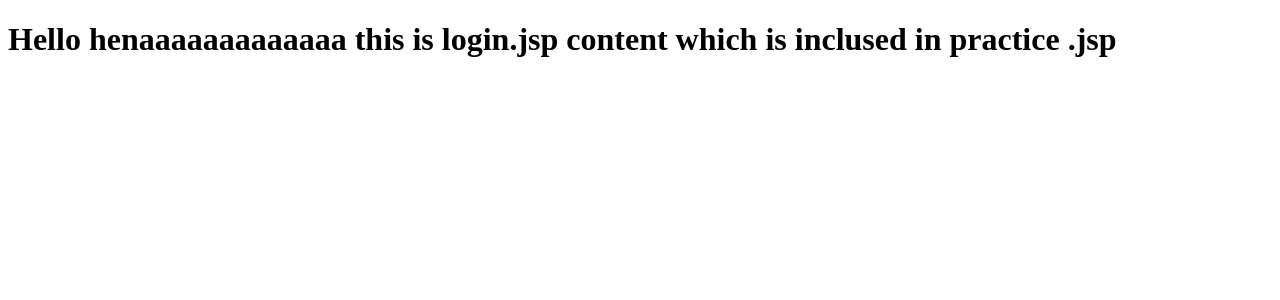
Repository: heenasalim/Java_Script
Page: http://localhost/JsphDemo/Login.jsp
These files come from the project's save history. The page is drawn as it stood at one moment and after the next save; the edit follows.
The browser window is 1280 px wide. The pictures show the whole page.
The page is served by Tomcat 9. Other server files are loaded and not shown.

Above is the page before, as saved 2015-10-15 16:19:48.

### JsphDemo/WebContent/Login.jsp
<%@ page language="java" contentType="text/html; charset=ISO-8859-1"
    pageEncoding="ISO-8859-1"%>
<!DOCTYPE html PUBLIC "-//W3C//DTD HTML 4.01 Transitional//EN" "http://www.w3.org/TR/html4/loose.dtd">
<html>
<head>
<meta http-equiv="Content-Type" content="text/html; charset=ISO-8859-1">
<title>heena  salim   shaikh</title>
</head>
<body>
<h1>Hello   henaaaaaaaaaaaaa    this  is  login.jsp  content  which  is  inclused  in  practice .jsp</h1>

</body>
</html>

After the next save:
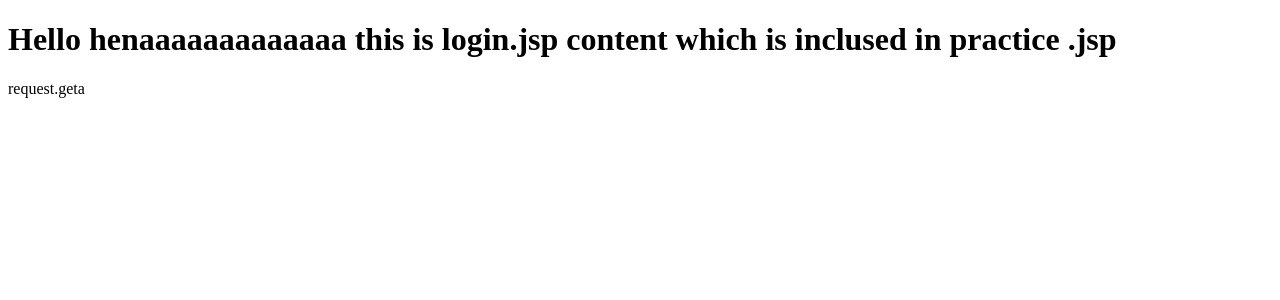
Saved 75 min 9 s later.
--- a/JsphDemo/WebContent/Login.jsp
+++ b/JsphDemo/WebContent/Login.jsp
@@ -8,6 +8,7 @@
 </head>
 <body>
 <h1>Hello   henaaaaaaaaaaaaa    this  is  login.jsp  content  which  is  inclused  in  practice .jsp</h1>
-
+<% %>
+request.geta
 </body>
 </html>
